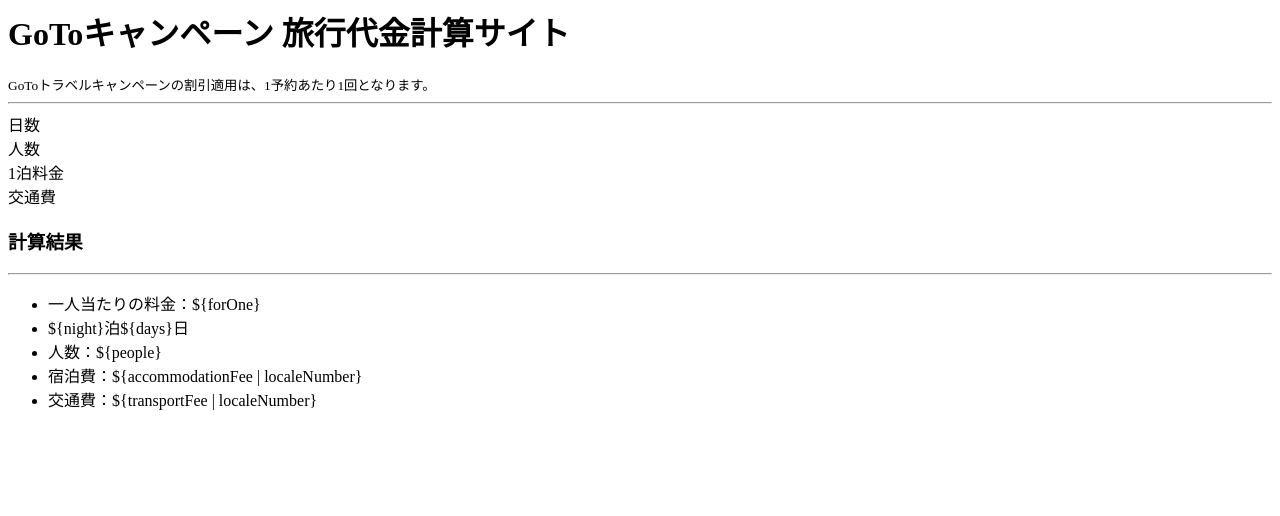
Repository: Ischca/ischca.github.io
Page: src/my-app.html
An editor plug-in stored every save of this project. The page is shown before and after the next save, followed by the edit.
The browser window is 1280 px wide. The pictures show the whole page.

Above is the page before, as saved 2020-10-02 16:30:31.

After the next save:
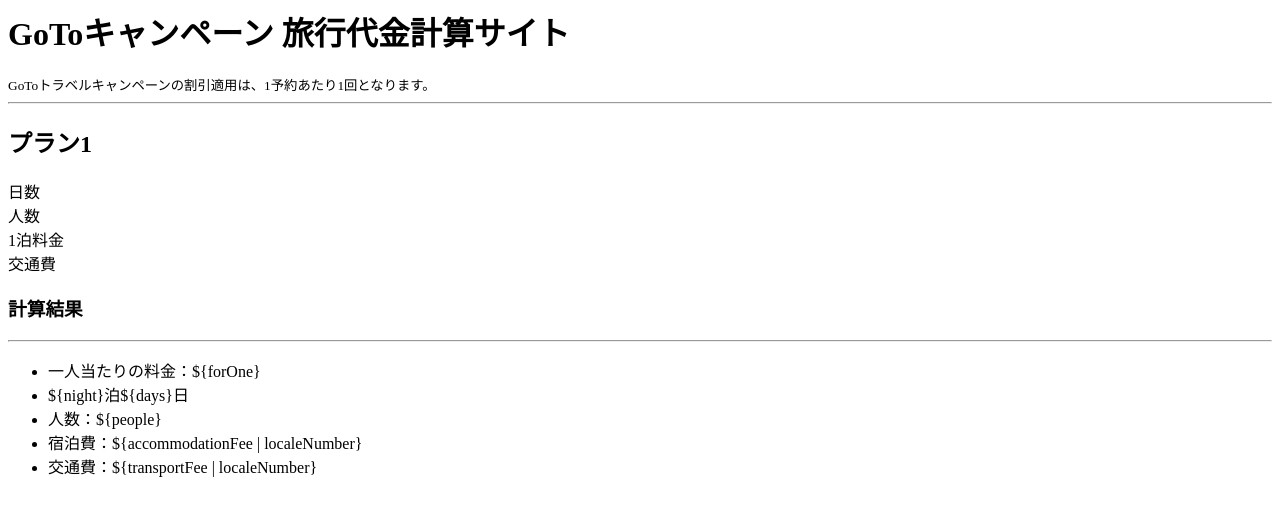
Saved 21 s later.
--- a/src/my-app.html
+++ b/src/my-app.html
@@ -11,6 +11,10 @@
     </div>
 
     <hr />
+
+    <div class="row">
+        <h2>プラン1</h2>
+    </div>
 
     <div class="row">
         <label for="staticEmail" class="offset-sm-4 col-sm-1 col-form-label font-weight-bold">日数</label>
